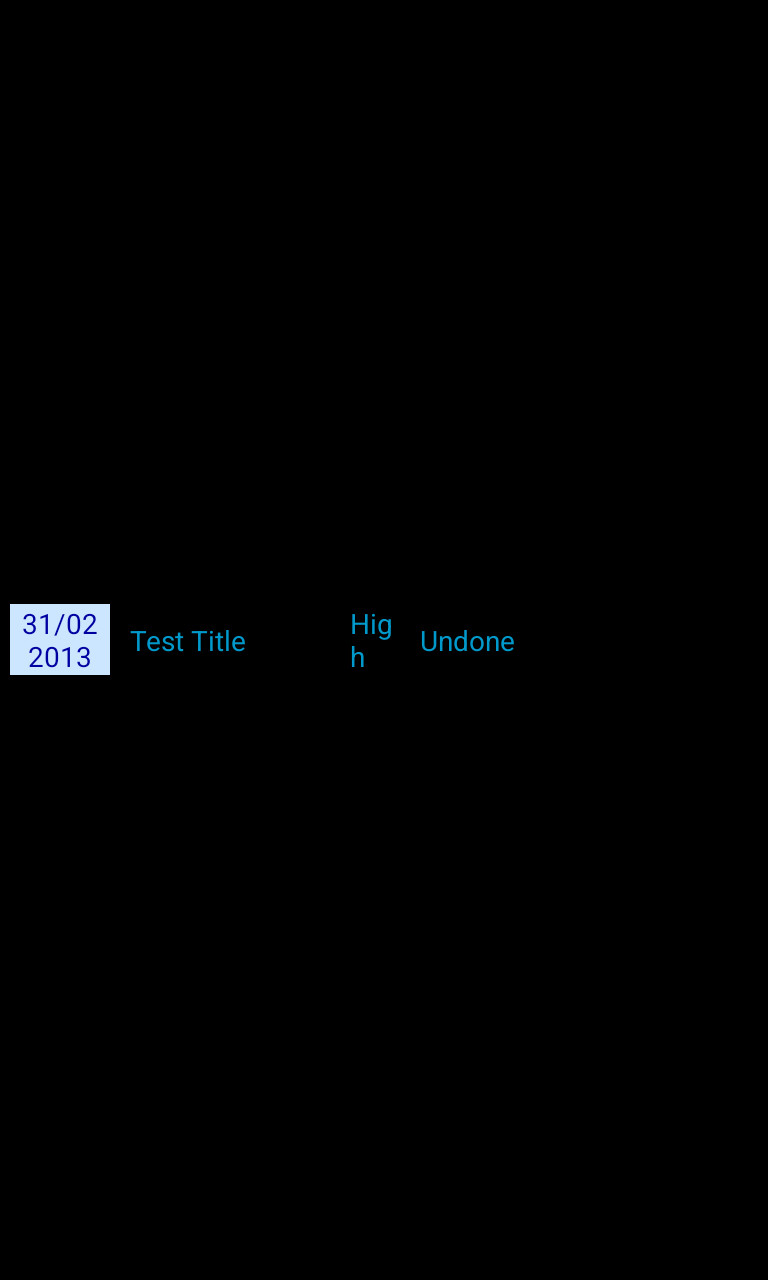
Repository: titango/androidass1
Layout: uTask/res/layout/task_list_item.xml
These files come from the project's save history. The layout is drawn as it stood at one moment and after the next save; the edit follows.
It is drawn on a 768 x 1280 px phone screen (xhdpi) without system bars, with theme NoActionBar; the app's code is not run.

Above is the layout before, as saved 2013-03-31 23:41:23.

After the next save:
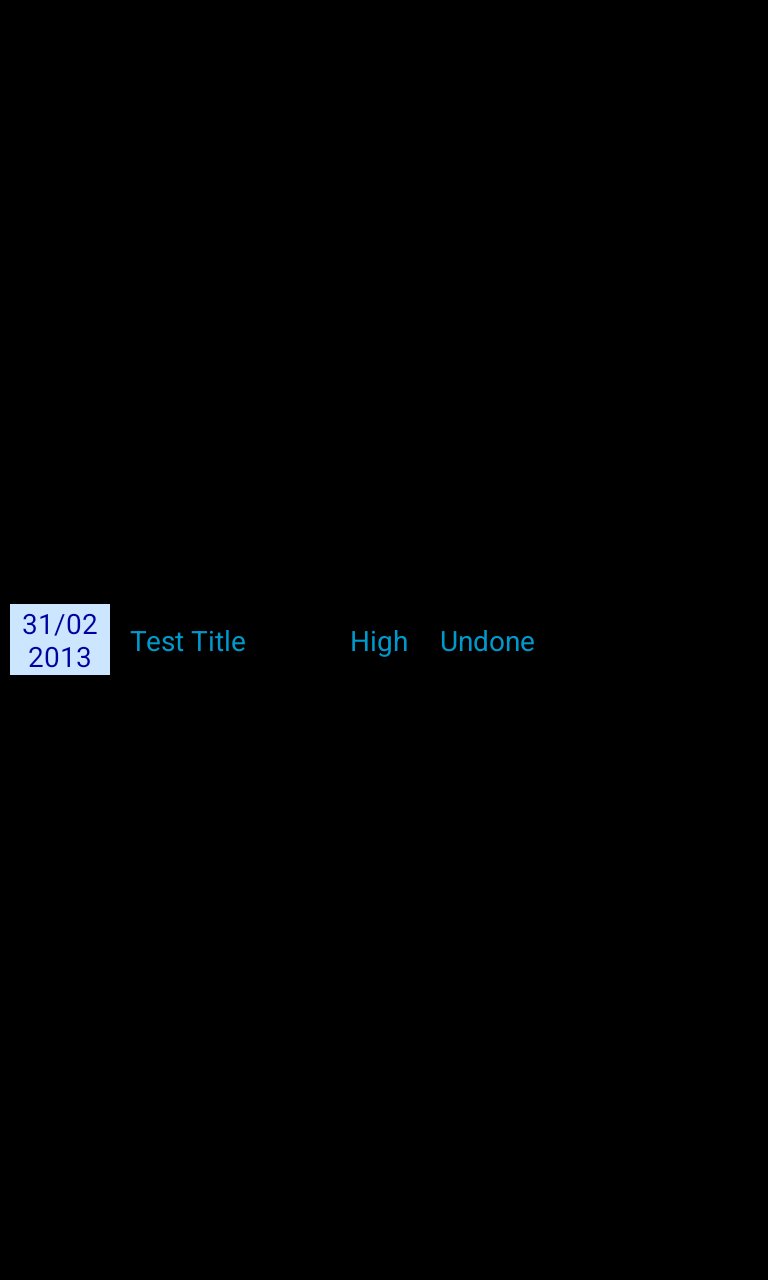
Saved 10 s later.
--- a/uTask/res/layout/task_list_item.xml
+++ b/uTask/res/layout/task_list_item.xml
@@ -28,7 +28,7 @@
 
     <TextView
         android:id="@+id/task_list_item_priority"
-        android:layout_width="25dp"
+        android:layout_width="35dp"
         android:layout_height="wrap_content"
         android:layout_marginLeft="10dp"
         android:text="High"
